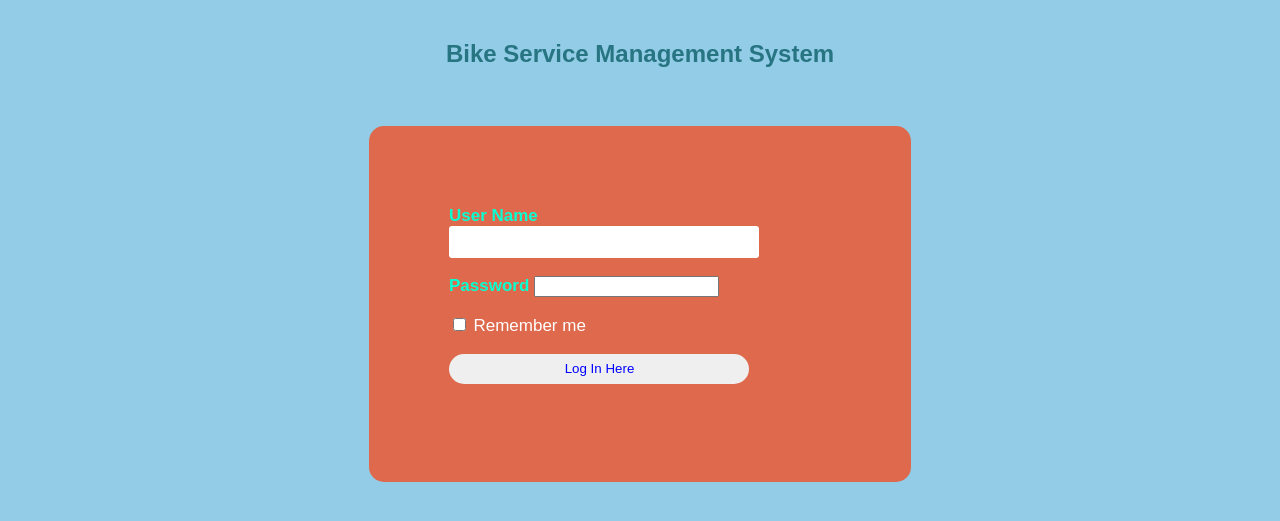
Repository: rohanbhavare1234/BikeServiceWorkspace
Page: eclipse-workspace/jspdemo/WebContent/student-form.html
These files come from the project's save history. The page is drawn as it stood at one moment and after the next save; the edit follows.
The browser window is 1280 px wide. The pictures show the whole page.

Above is the page before, as saved 2023-04-11 18:01:56.

### eclipse-workspace/jspdemo/WebContent/student-form.html
<!-- <html>
<head><title> Student Registration Form</title></head>
<body>
<form action="student-response.jsp">

	First name: <input type="text" name="firstName"/>

	<br/><br/>

	Last name: <input type="text" name="lastName"/>

	<br/><br/>

	<input type="submit" value="Submit"/>

</form>
</body>
</html> -->

<!DOCTYPE html>
<html>
<head>
    <title>Bike Service Management System</title>
    <link rel="stylesheet" type="text/css" href="Style.css">
</head>
<body>
    <h2>Bike Service Management System</h2><br>
    <div class="login">
    <form action="student-response.jsp">
        <label><b>User Name
        </b>
        </label>
        <input type="text" name="Uname" id="Uname"/>
        <br><br>
        <label><b>Password
        </b>
        </label>
        <input type="Password" name="Pass" id="Pass"/> <br><br>
        <input type="checkbox" id="check"/>
        <span>Remember me</span>
        <br><br>
        <input type="button" name="log" id="log" value="Log In Here">
        <br><br>


    </form>
</div>
</body>
</html>

### eclipse-workspace/jspdemo/WebContent/Style.css
@charset "ISO-8859-1";

body
{
    margin: 0;
    padding: 0;
    background-color:#6abadeba;
    font-family: 'Arial';
}
.login{
        width: 382px;
        overflow: hidden;
        margin: auto;
        margin: 20 0 0 450px;
        padding: 80px;
        background:#DE694C;
        border-radius: 15px ;

}
h2{
    text-align: center;
    color: #277582;
    padding: 20px;
}
label{
    color: #08ffd1;
    font-size: 17px;
}
#Uname{
    width: 300px;
    height: 30px;
    border: none;
    border-radius: 3px;
    padding-left: 8px;
}
# {
    width: 300px;
    height: 30px;
    border: none;
    border-radius: 3px;
    padding-left: 8px;

}
#log{
    width: 300px;
    height: 30px;
    border: none;
    border-radius: 17px;
    padding-left: 7px;
    color: blue;


}
span{
    color: white;
    font-size: 17px;
}
a{
    float: right;
    background-color: grey;
}

After the next save:
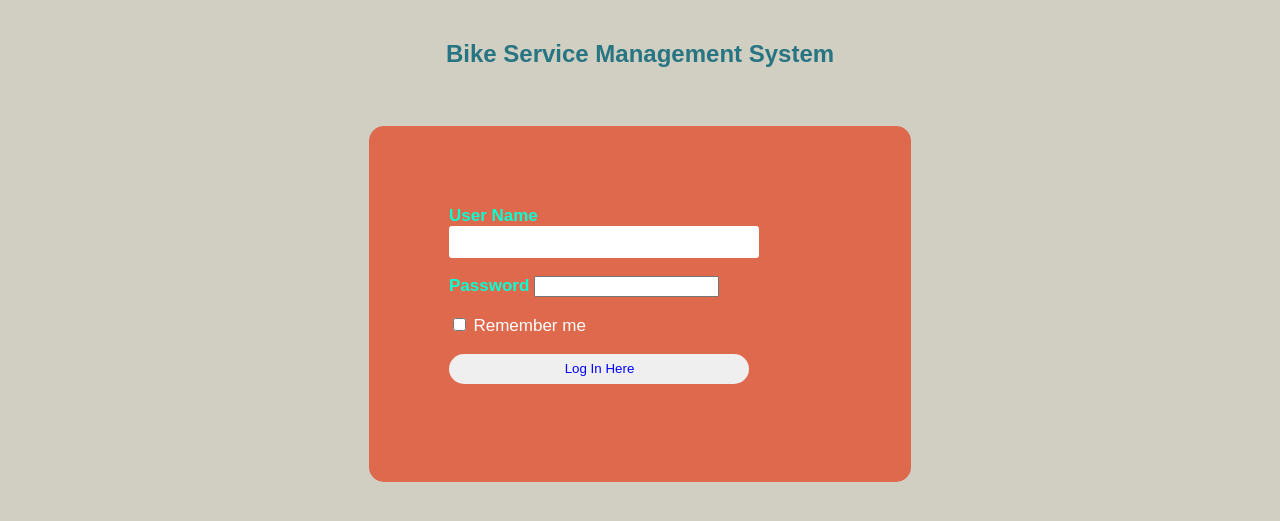
Saved 47 s later.
--- a/eclipse-workspace/jspdemo/WebContent/Style.css
+++ b/eclipse-workspace/jspdemo/WebContent/Style.css
@@ -4,7 +4,7 @@ body
 {
     margin: 0;
     padding: 0;
-    background-color:#6abadeba;
+    background-color:#D1CEC2;
     font-family: 'Arial';
 }
 .login{
